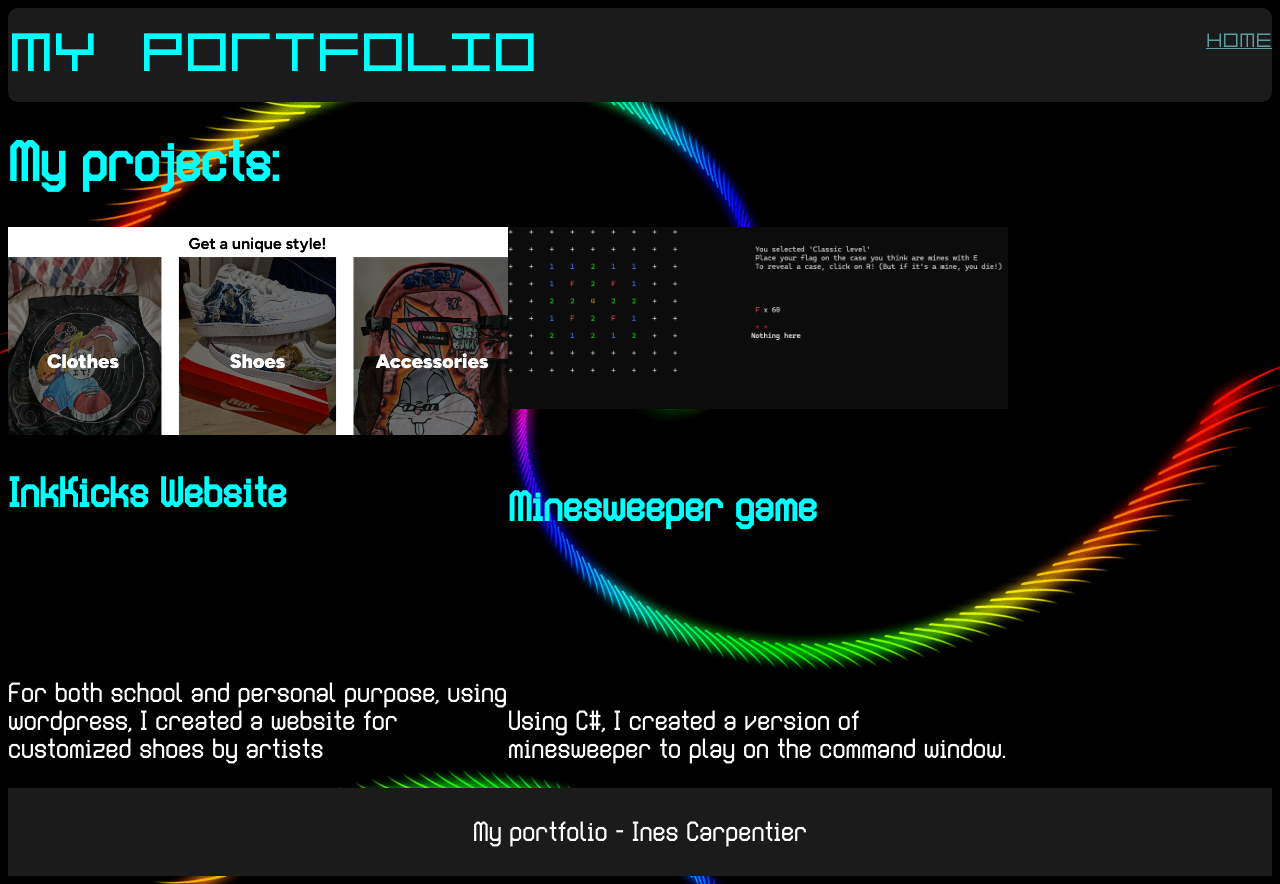
Repository: InsCarp/InsCarp
Page: project.html
An editor plug-in stored every save of this project. The page is shown before and after the next save, followed by the edit.
The browser window is 1280 px wide. The pictures show the whole page.
Backgrounds fixed to the window are drawn as part of the page.

Above is the page before, as saved 2026-05-12 10:41:06.

After the next save:
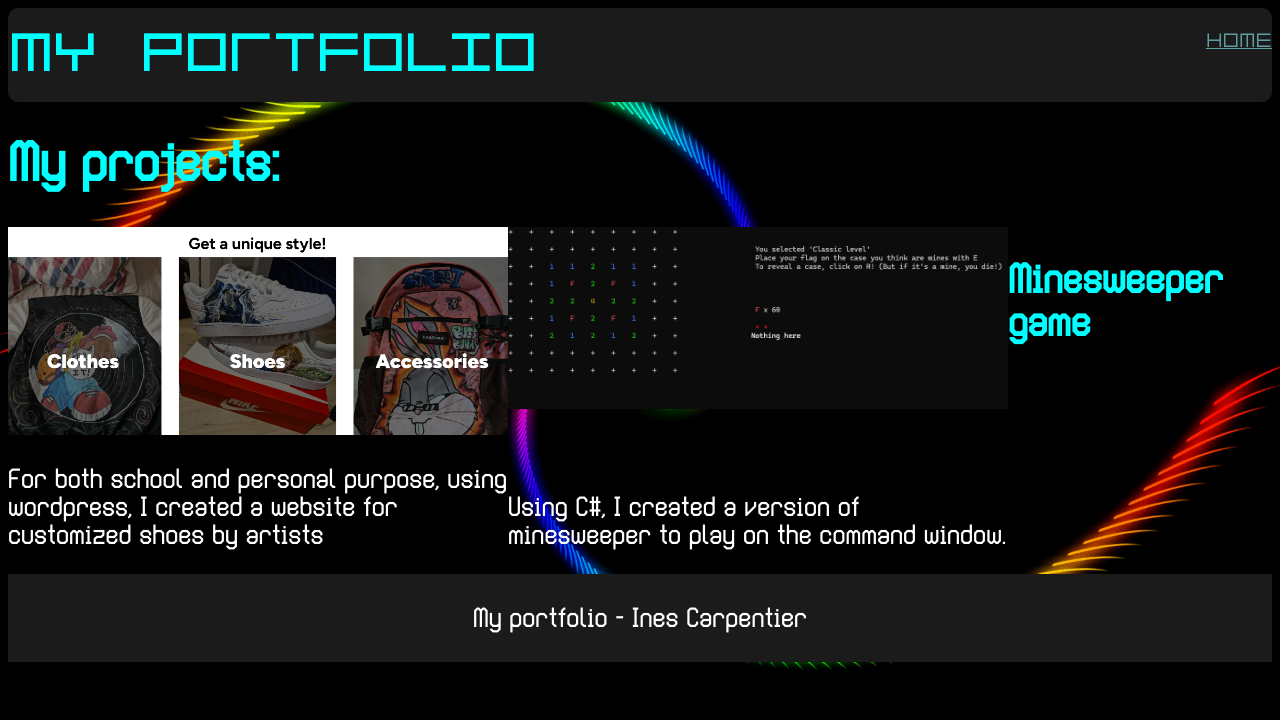
Saved 12 s later.
--- a/styles/project.css
+++ b/styles/project.css
@@ -34,8 +34,8 @@
 article {
     width: 20rem;
     display: grid;
-    grid-template-columns: 1fr;
-    grid-template-rows: 1fr 1fr;
+    grid-template-columns: 1fr 1fr;
+    grid-template-rows: 1fr;
 }
 
 }
